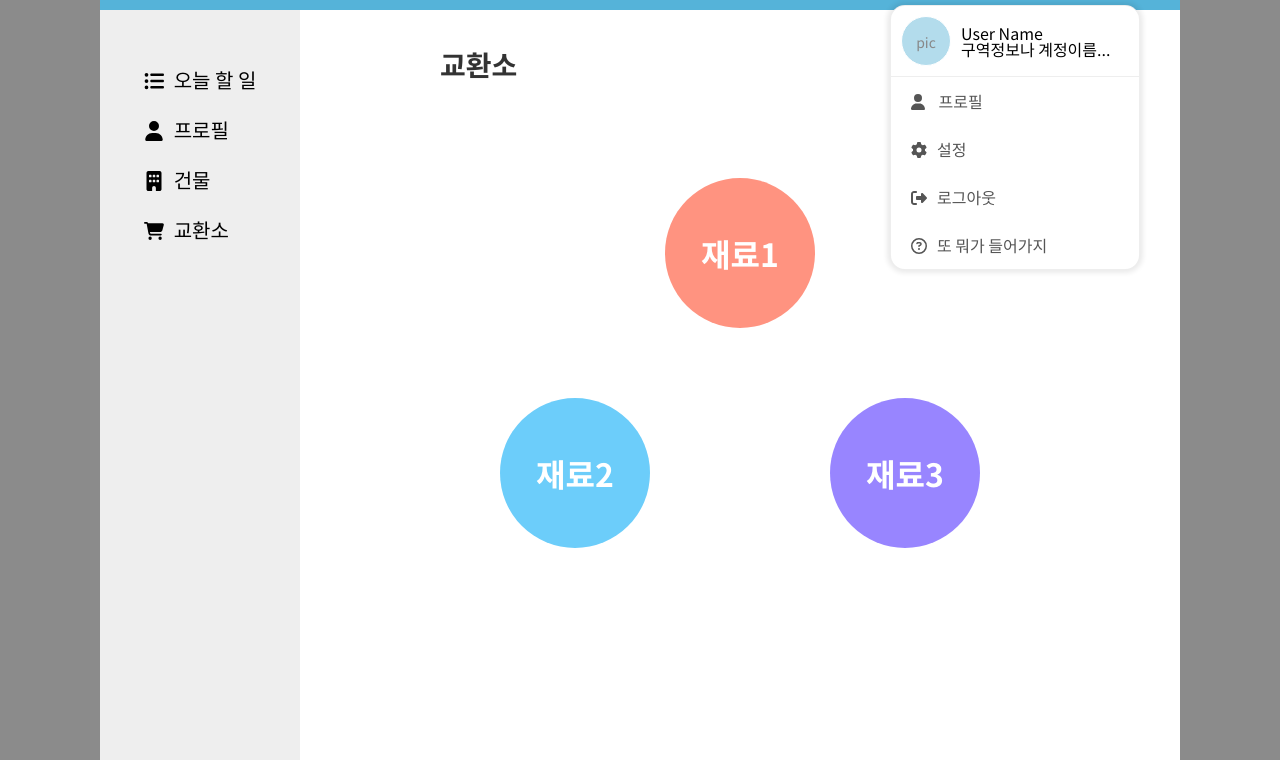
Repository: sunoo-lee/toVillage-old
Page: /#/trade
These files come from the project's save history. The page is drawn as it stood at one moment and after the next save; the edit follows.
The browser window is 1280 px wide. The pictures show the whole page.
The project was rebuilt for these pictures with package versions that can differ from the ones it lists, and the page was loaded fresh each time. Also part of the build but not shown: src/routes/Auth.js, src/components/Todo.js, src/components/AddForm.js, src/components/Main.js, src/routes/Home.js, src/components/MyProfile.js, src/routes/Profile.js, src/components/Area.module.css and 2 more.

Above is the page before, as saved 2022-10-13 03:48:46.

### src/components/App.js
import React, { useState } from "react";
import AppRouter from "./Router";

function App() {
  const [isLoggedIn, setIsLoggedIn] = useState(true);
  const onClick = () => {
    setIsLoggedIn(!isLoggedIn);
  };

  const [isDropdown, setIsDropdown] = useState(true);
  const [isNav, setIsNav] = useState(false);
  const toggleDropdown = () => {
    setIsDropdown(!isDropdown);
    console.log("dropdown: " + isDropdown);
  };
  const toggleNav = () => {
    setIsNav(!isNav);
    console.log("Nav: " + isNav);
  };
  return (
    <>
      <AppRouter
        toggleDropdown={toggleDropdown}
        isDropdown={isDropdown}
        toggleNav={toggleNav}
        isNav={isNav}
        onClick={onClick}
        isLoggedIn={isLoggedIn}
      />
    </>
  );
}

export default App;

### src/style.css
@import url("https://fonts.googleapis.com/css2?family=Noto+Sans+KR:wght@400;500;700&display=swap");

* {
  box-sizing: border-box;
}

html,
body {
  padding: 0;
  margin: 0;
  font-family: "Noto Sans KR", -apple-system, BlinkMacSystemFont, Segoe UI,
    Roboto, Oxygen, Ubuntu, Cantarell, Fira Sans, Droid Sans, Helvetica Neue,
    sans-serif;
}

body {
  display: flex;
  justify-content: center;
  align-items: center;
  height: 800px;
  width: 1080px;
  margin: auto;
  height: 100vh;
  background-color: #9dbac7;
  background-color: #8b8b8b;
}

.container {
  background-color: aliceblue;
  background-color: #ffffff;
  min-width: 600px;
  width: 1080px;
  height: 800px;
  padding-left: 200px;
  padding-top: 50px;
  display: flex;
  justify-content: center;
}

### src/components/Router.js
import { HashRouter as Router, Routes, Route } from "react-router-dom";
import Auth from "../routes/Auth";
import Home from "../routes/Home";
import Profile from "../routes/Profile";
import Building from "../routes/Building";
import Trade from "../routes/Trade";
import Header from "./Header";
import Navigation from "./Navigation";

const AppRouter = ({
  toggleDropdown,
  isDropdown,
  toggleNav,
  isNav,
  onClick,
  isLoggedIn,
}) => {
  return (
    <Router>
      {isLoggedIn}
      <Header
        toggleDropdown={toggleDropdown}
        isDropdown={isDropdown}
        toggleNav={toggleNav}
      />
      <Navigation onClick={onClick} />
      <Routes>
        {isLoggedIn ? (
          <>
            <Route
              exact
              path="/"
              element={<Home onClick={onClick} isLoggedIn={isLoggedIn} />}
            />
            <Route path="/profile" element={<Profile />} />
            <Route path="/building" element={<Building />} />
            <Route path="/trade" element={<Trade />} />
          </>
        ) : (
          <>
            <Route exact path="/" element={<Auth />} />
          </>
        )}
      </Routes>
    </Router>
  );
};

export default AppRouter;

### src/routes/Trade.js
import React from "react";
import TradingShop from "../components/TradingShop";

const Trade = () => {
  return (
    <>
      <div className={"container"}>
        <TradingShop />
      </div>
    </>
  );
};

export default Trade;

### src/components/Header.js
import { React, useState } from "react";
import styles from "./Header.module.css";
import { FontAwesomeIcon } from "@fortawesome/react-fontawesome";
import { faBars, faUser } from "@fortawesome/free-solid-svg-icons";
import Dropdown from "./Dropdown";

const Header = ({ toggleDropdown, isDropdown, toggleNav }) => {
  // const [isDropdown, setIsDropdown] = useState(true);
  // const [isNav, setIsNav] = useState(false);
  // const toggleDropdown = () => {
  //   setIsDropdown(!isDropdown);
  //   console.log(isDropdown);
  // };
  // const toggleNav = () => {
  //   setIsNav(!isNav);
  //   console.log(isNav);
  // };
  return (
    <header id={styles.header}>
      <div className={styles.container}>
        <div className={styles.header_left}>
          <button onClick={toggleNav} className={styles.toggle_btn}>
            <FontAwesomeIcon icon={faBars} />
          </button>
        </div>
        <div className={styles.header_center}>
          {/* {new Date().getFullYear()}/{new Date().getMonth() + 1}/
        {new Date().getDate()} */}
        </div>
        <div className={styles.header_right}>
          <button onClick={toggleDropdown}>
            <FontAwesomeIcon icon={faUser} />
          </button>
          {isDropdown ? <Dropdown /> : <></>}
        </div>
      </div>
    </header>
  );
};

export default Header;

### src/components/Navigation.js
import { React } from "react";
import { Link } from "react-router-dom";
// import MiniProfile from "./MiniProfile";
import styles from "./Navigation.module.css";
import { FontAwesomeIcon } from "@fortawesome/react-fontawesome";
import {
  faUser,
  faBuilding,
  faCartShopping,
  faListUl,
} from "@fortawesome/free-solid-svg-icons";

const Navigation = () => (
  <nav id={styles.nav}>
    {/* <MiniProfile /> */}
    <div className={styles.container}>
      <ul>
        <li>
          <Link to="/">
            <FontAwesomeIcon icon={faListUl} />
            <span>오늘 할 일</span>
          </Link>
        </li>
        <li>
          <Link to="/profile">
            <FontAwesomeIcon icon={faUser} />
            <span>프로필</span>
          </Link>
        </li>
        <li>
          <Link to="/building">
            <FontAwesomeIcon icon={faBuilding} />
            <span>건물</span>
          </Link>
        </li>
        <li>
          <Link to="/trade">
            <FontAwesomeIcon icon={faCartShopping} />
            <span>교환소</span>
          </Link>
        </li>
      </ul>
      {/* <button onClick={onClick}>SIGN OUT</button> */}
    </div>
  </nav>
);

export default Navigation;

### src/components/TradingShop.js
import React from "react";
import styles from "./TradingShop.module.css";
const TradingShop = () => {
  return (
    <div className={styles.container}>
      <h1>
        <span className={styles.title}>교환소</span>
      </h1>
      <div className={styles.table}>
        <ul>
          <li>
            <div className={`${styles.materials} ${styles.material_1}`}>
              재료1
            </div>
          </li>
          <li>
            <div className={`${styles.materials} ${styles.material_2}`}>
              재료2
            </div>
          </li>
          <li>
            <div className={`${styles.materials} ${styles.material_3}`}>
              재료3
            </div>
          </li>
        </ul>
      </div>
    </div>
  );
};

export default TradingShop;

### src/components/Header.module.css
:root {
  --theme_color: #55b3d9;
}

#header {
  position: absolute;
  width: 1080px;
  z-index: 100;
}

.container {
  background-color: #bce5f5;
  background-color: var(--theme_color);
  width: 100%;
  height: 50px;
  display: flex;
  justify-content: space-between;
  align-items: center;
  padding: 0 40px;
}
.header_left .toggle_btn {
  width: 30px;
  height: 30px;
  border: none;
  outline: none;
  border-radius: 50%;
  background-color: whitesmoke;
  background-color: transparent;
  color: #ffffff;
  cursor: pointer;
  font-size: 1.3rem;
}
.header_center {
  font-weight: 700;
  font-size: 1.4em;
}

.header_right button {
  width: 30px;
  height: 30px;
  border: none;
  outline: none;
  border-radius: 50%;
  background-color: whitesmoke;
  cursor: pointer;
  text-align: center;
  color: var(--theme_color);
}

### src/components/Dropdown.js
import React from "react";
import styles from "./MyProfile.module.css";
import { FontAwesomeIcon } from "@fortawesome/react-fontawesome";
import {
  faUser,
  faGear,
  faRightFromBracket,
} from "@fortawesome/free-solid-svg-icons";
import { faCircleQuestion } from "@fortawesome/free-regular-svg-icons";

const Dropdown = () => (
  <div className={styles.card}>
    <div className={styles.userBx}>
      <div className={styles.imgbx}>pic</div>
      <div className={styles.userinfo}>
        <p>User Name</p>
        <p>구역정보나 계정이름...</p>
      </div>
    </div>
    <ul className={styles.menu}>
      <li>
        <FontAwesomeIcon icon={faUser} /> <span>프로필</span>
      </li>
      <li>
        <FontAwesomeIcon icon={faGear} />
        <span>설정</span>
      </li>
      <li>
        <FontAwesomeIcon icon={faRightFromBracket} />
        <span>로그아웃</span>
      </li>
      <li>
        <FontAwesomeIcon icon={faCircleQuestion} />
        <span>또 뭐가 들어가지</span>
      </li>
    </ul>
  </div>
);

export default Dropdown;

### src/components/Navigation.module.css
#nav {
  width: 200px;
  height: 800px;
  position: absolute;
  z-index: 50;
  padding-top: 50px;
  background-color: #eeeeee;
  display: flex;
  align-items: center;
  flex-direction: column;
  padding: 60px 10px 10px;
}

.container {
  position: relative;
  margin-top: 10px;
  width: 100%;
  border-radius: 20px;
  padding: 20px 0;
  display: flex;
  flex-direction: column;
  align-items: center;
}
.container ul {
  text-align: left;
}
.container ul li {
  padding: 0 20px;
  height: 40px;
  border-radius: 25px;
  margin: 10px 0;
  transition: 0.2s;
}
.container ul li:hover {
  background-color: var(--theme_color);
}
.container ul li a {
  font-size: 20px;
  color: #696969;
  color: #000000;
  font-weight: 500;
  text-decoration: none;
  line-height: 40px;
}

.container ul li a svg {
  width: 20px;
  margin-right: 10px;
}

.container button {
  position: absolute;
  bottom: 20px;
  padding: 7px 10px;
  border-radius: 5px;
  border: none;
  outline: none;
  font-size: 1em;
  font-weight: 700;
  background-color: #58a8eb;
  color: #ffffff;
  cursor: pointer;
}

### src/components/Main.module.css
:root {
  --theme_color: #55b3d9;
}

.container {
  margin-top: 40px;
  width: 600px;
}

.container h1 {
  margin-bottom: 20px;
}

.title {
  font-size: 28px;
  font-weight: 700;
  color: #333333;
}

.list {
  width: 600px;
  /* margin: 20px 0; */
}

.list .item {
  background-color: #ffffff;
  padding: 5px 0;
  line-height: 28px;
  display: flex;
  align-items: center;
  justify-content: space-between;
  border-bottom: 1px solid #c7c7c7;
}

.list .item:first-child {
  border-top: 1px solid #c7c7c7;
}

.list .item input[type="checkbox"] {
  width: 20px;
  height: 20px;
  border-radius: 50px;
  border: 1px solid #999999;
  appearance: none;
  margin-right: 10px;
}
.list .item input[type="checkbox"]:hover {
  background-color: #b3dcec;
}
.list .item input[type="checkbox"]:checked {
  background: var(--theme_color);
  border: none;
}
.list .item div {
  margin: auto 0;
  display: flex;
}
.list .item div button {
  border-radius: 50%;
  border: none;
  margin: auto 3px;
  height: 24px;
  width: 24px;
  box-shadow: 0 0 3px 0 #00000088;
  background-color: #ffffff;
  color: #333333;
}

.add_form {
  position: relative;
}

.add_form .list_input {
  margin: 5px 0;
  width: 600px;
  font-size: 16px;
  padding: 7px 15px;
  border: 1px solid #c7c7c7;
  border-radius: 5px;
}

.add_form .list_input:focus {
  outline: none;
  border: 1px solid var(--theme_color);
}

.add_form .add_btn {
  display: block;
  position: absolute;
  right: 0;
  font-size: 14px;
  background-color: var(--theme_color);
  border: 1px solid var(--theme_color);
  /* border: none; */
  border-radius: 5px;
  padding: 5px 10px;
  color: #ffffff;
  font-weight: 700;
  cursor: pointer;
}

### src/components/MyProfile.module.css
:root {
  --border_option: 1px solid #666666;
  /* --border_option: none; */
  --shadow_option: 0 0 5px 1px #00000088;
  --theme_color: #55b3d9;
}
.container {
  display: flex;
  flex-direction: column;
  justify-content: flex-start;
  align-items: center;
  padding: 60px;
}

.pic {
  width: 200px;
  height: 200px;
  background-color: #ffffff;
  border-radius: 50%;
  box-shadow: 0 15px 50px #00000041;
  line-height: 200px;
  text-align: center;
  font-size: 20px;
  color: #888888;
  font-weight: 700;
  margin-bottom: 30px;
}
.nickname {
  color: #666666;
  font-size: 36px;
  font-weight: 700;
  margin-bottom: 20px;
}
.area {
  font-size: 26px;
  font-weight: 700;
  color: #888888;
}
.materials {
  display: flex;
  margin: 40px 0;
}
.materials li {
  margin: 0 10px;
}
.materials div {
  width: 80px;
  height: 80px;
  background-color: #ffffff;
  border-radius: 50%;
  line-height: 80px;
  text-align: center;
  margin-bottom: 10px;
  color: #666666;
  border-radius: 50%;
  background-color: #55b4d975;
  font-size: 1.2em;
  color: #999999;
}
.materials span {
  display: block;
  width: 80px;
  text-align: center;
  font-size: 1.6em;
  color: #555555;
  line-height: 1.2em;
  font-weight: 600;
}
.box_btn {
  border-radius: 5px;
  padding: 16px 20px;
  border: none;
  outline: none;
  font-size: 1.4em;
  font-weight: 700;
  background-color: var(--theme_color);
  color: #ffffff;
  cursor: pointer;
}

/* ----------------------mini profile-------------------------- */

.card {
  position: absolute;
  width: 250px;
  height: 265px;
  background-color: #ffffff;
  border-radius: 15px;
  box-shadow: 0 0 5px 3px #00000015;
  border: 1px solid #00000011;
  overflow: hidden;
  right: 40px;
  top: 45px;
}
.userBx {
  position: relative;
  display: flex;
  align-items: center;
  padding: 10px;
}

.imgbx {
  border: 1px solid #ffffff;
  position: relative;
  width: 50px;
  height: 50px;
  background-color: #b3dcec;
  border-radius: 50%;
  font-size: 14px;
  text-align: center;
  color: #888888;
  line-height: 50px;
  margin-right: 10px;
}

.menu {
  position: absolute;
  width: 100%;
  height: auto;
  border-top: 1px solid #00000011;
}
.menu li {
  padding: 0 20px;
  color: #555555;
  cursor: pointer;
}
.menu li:hover {
  background-color: #c9dee6;
}
.menu li span {
  display: inline-block;
  margin: 16px 10px;
}

### src/components/TradingShop.module.css
.container {
  margin-top: 40px;
  width: 600px;
}

.container h1 {
  margin-bottom: 20px;
}

.container h1 .title {
  position: relative;
  font-size: 28px;
  font-weight: 700;
  color: #333333;
}

.container .table ul li {
  position: relative;
}

.container .table .materials {
  width: 150px;
  height: 150px;
  color: #333333;
  font-size: 32px;
  font-weight: 700;
  color: #ffffff;
  border: none;
  border-radius: 50%;
  text-align: center;
  line-height: 150px;
  position: absolute;
}

.container .table .material_1 {
  background-color: #ff9380;
  left: 50%;
  top: 80px;
  transform: translateX(-50%);
}
.container .table .material_2 {
  background-color: #6ccdfa;
  top: 300px;
  left: 10%;
}
.container .table .material_3 {
  background-color: #9885ff;
  top: 300px;
  right: 10%;
}

Loaded but not shown: public/index.html (common file); src/index.js (common file); src/reset.css (common file)

After the next save:
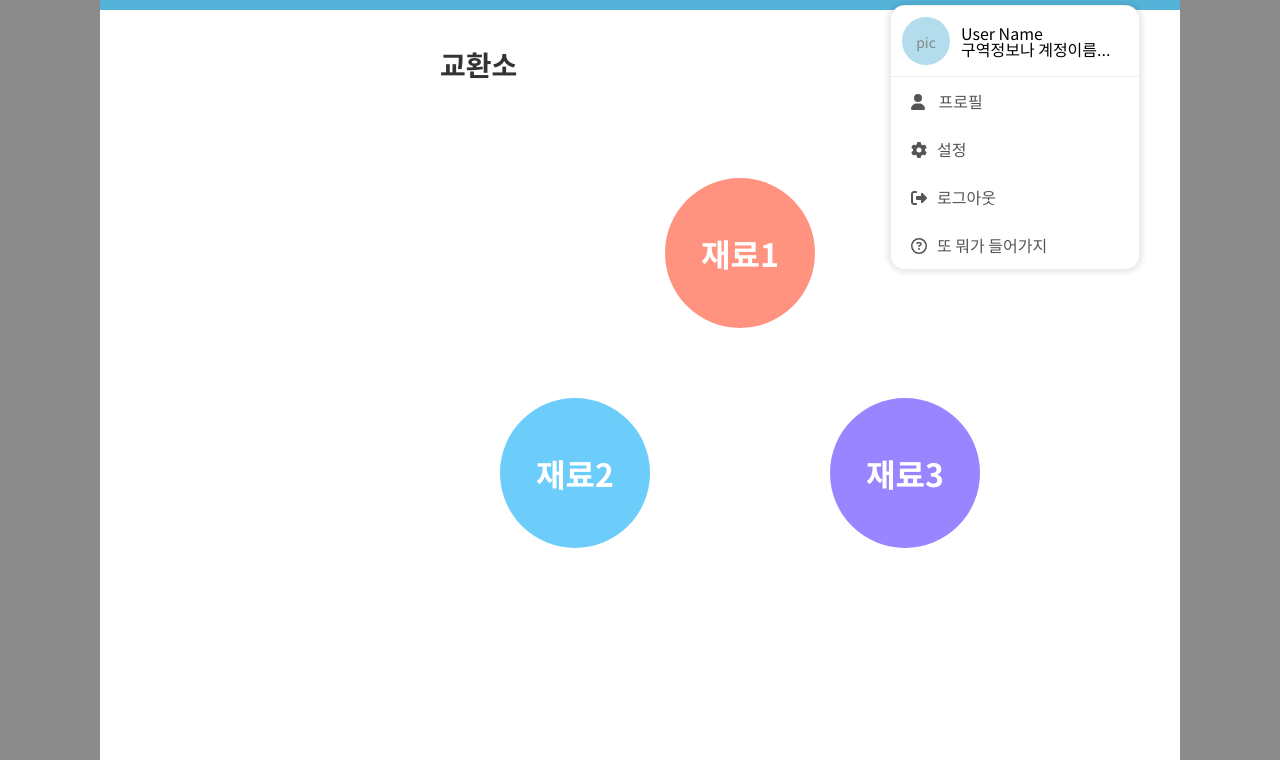
Saved 23 s later.
--- a/src/components/Router.js
+++ b/src/components/Router.js
@@ -23,7 +23,8 @@
         isDropdown={isDropdown}
         toggleNav={toggleNav}
       />
-      <Navigation onClick={onClick} />
+      {isNav ? <Navigation onClick={onClick} /> : <></>}
+
       <Routes>
         {isLoggedIn ? (
           <>

After the save that followed:
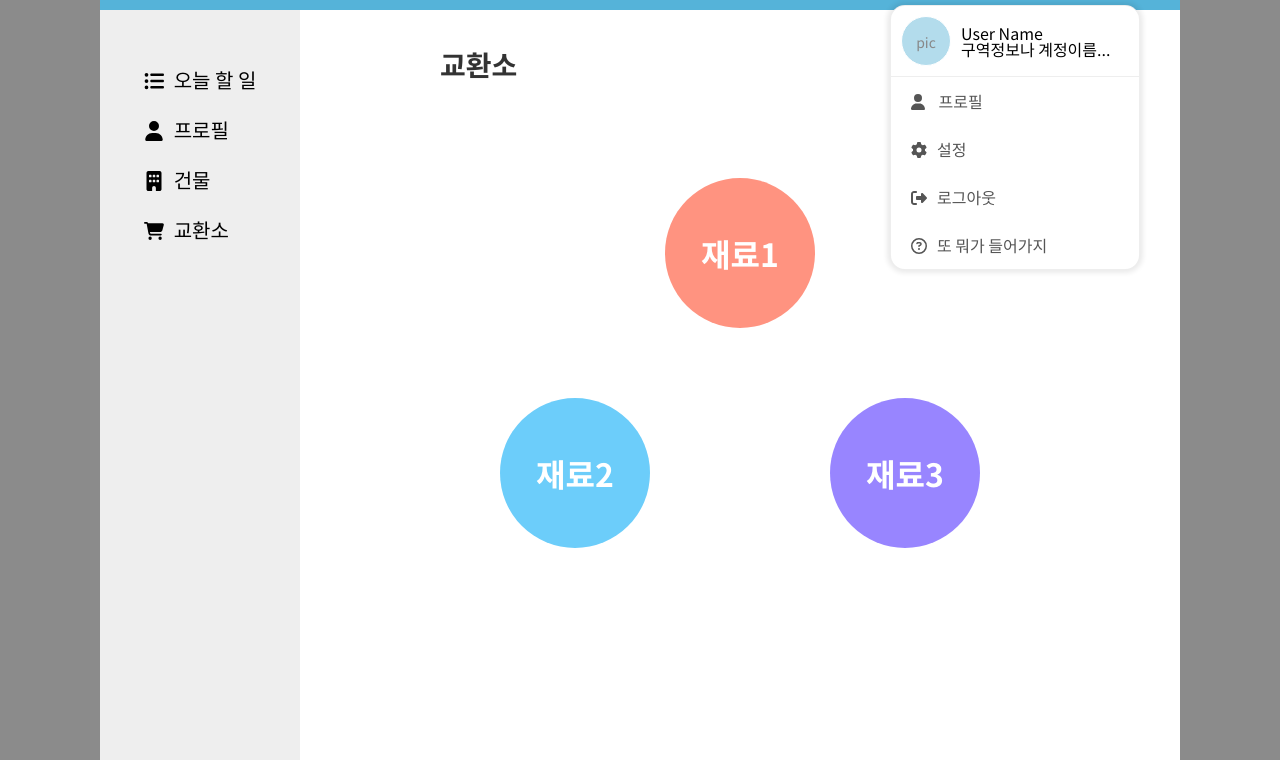
Saved 85 s later.
--- a/src/components/Router.js
+++ b/src/components/Router.js
@@ -23,8 +23,7 @@
         isDropdown={isDropdown}
         toggleNav={toggleNav}
       />
-      {isNav ? <Navigation onClick={onClick} /> : <></>}
-
+      <Navigation isNav={isNav} onClick={onClick} />
       <Routes>
         {isLoggedIn ? (
           <>
